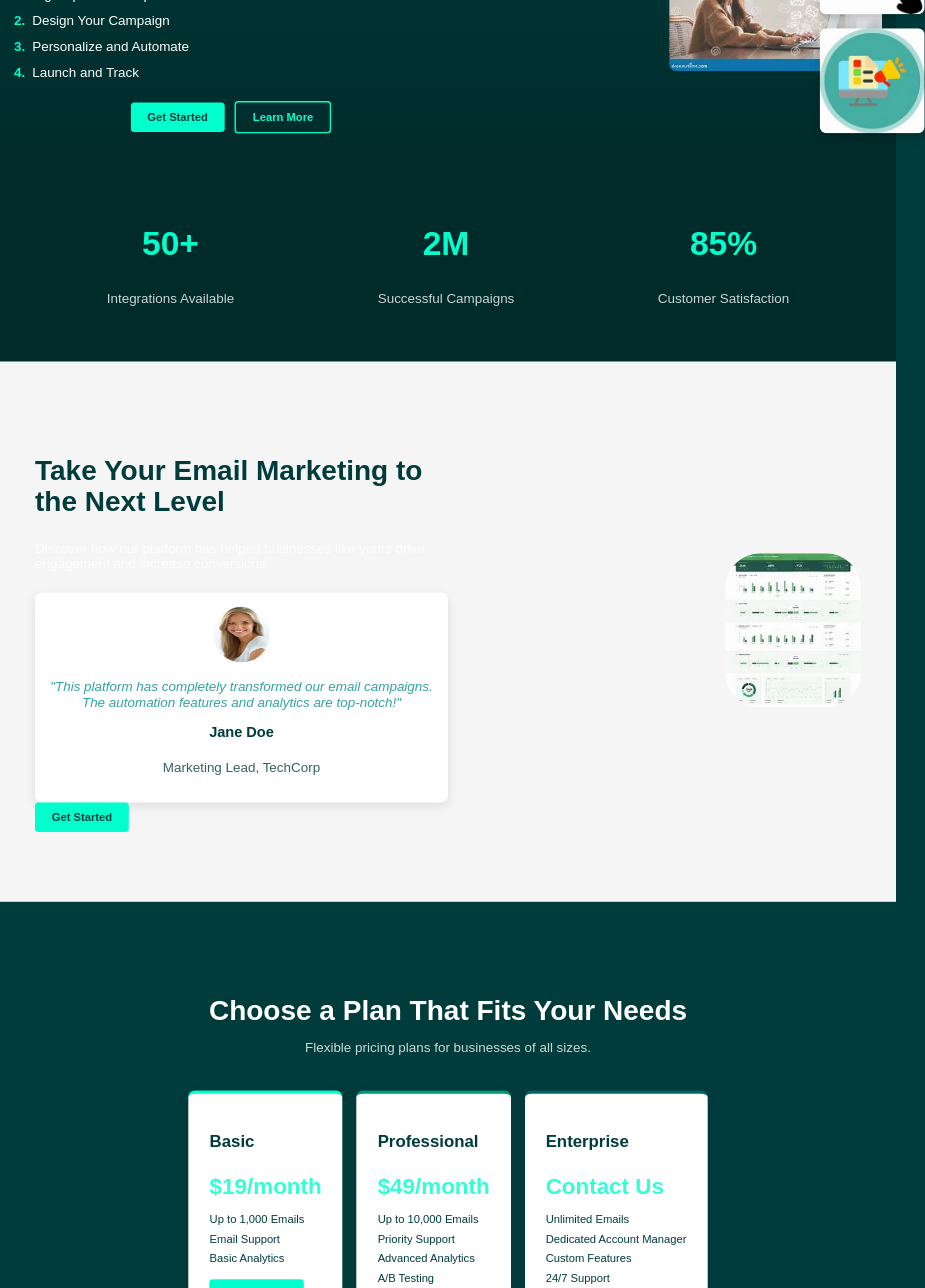
Repository: Patience225/email-marketing
Page: index.html
The author's editor kept a copy of each file at every save. The page is drawn from the files as they stood at one save, then again after the next save.
The browser window is 1280 px wide. The page is 1321 px wide, so the pictures cover 1321 px, including what lies to the right of the window. The pictures show the part of the page from y = 1828 to 3668 px (the page is 4442 px tall), at 70% of full size.

Above is the page before, as saved 2025-01-29 17:40:18.
Console error: TypeError: Cannot read properties of null (reading 'addEventListener')

After the next save:
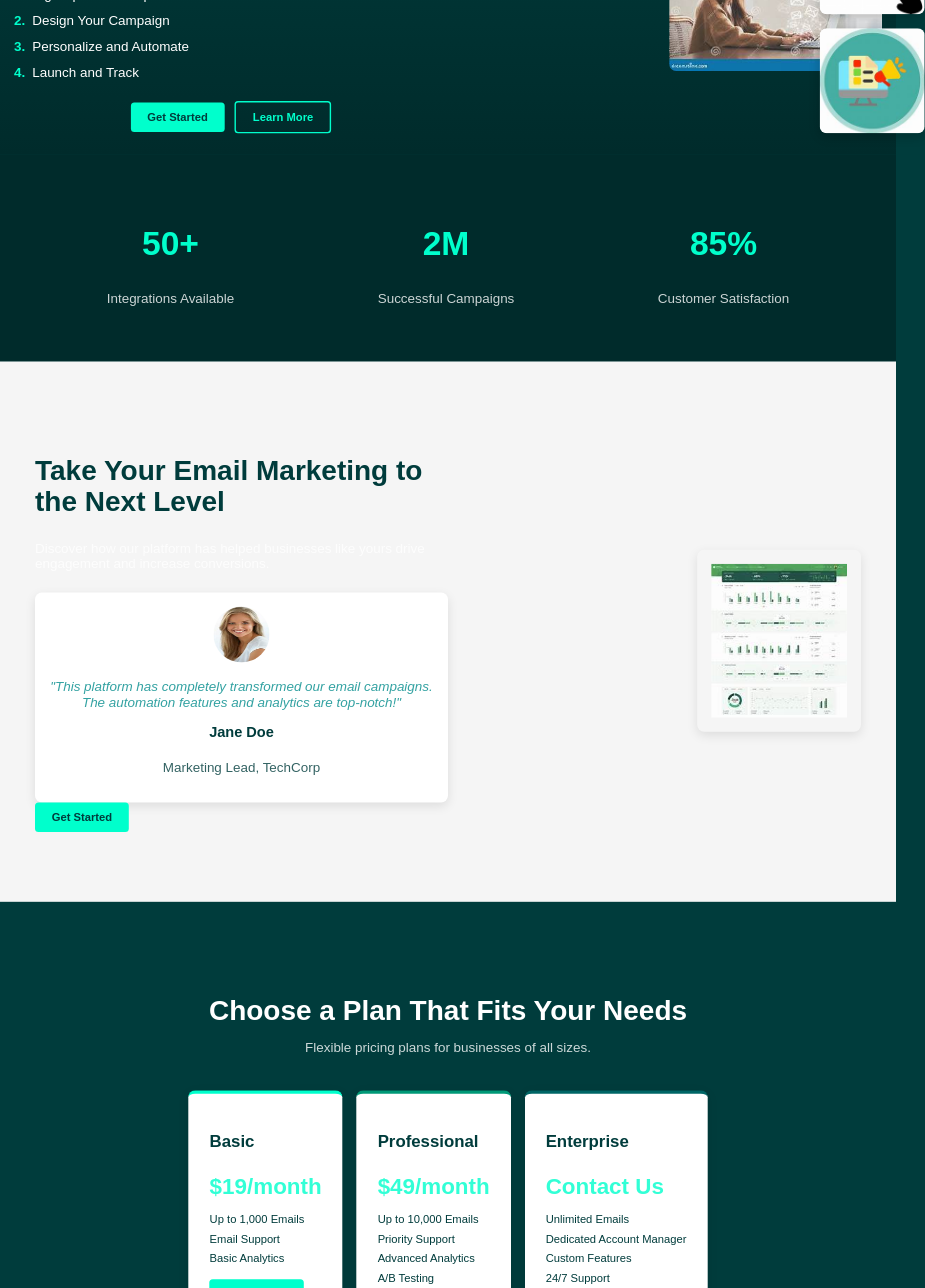
Saved 95 s later.
--- a/styles.css
+++ b/styles.css
@@ -512,7 +512,10 @@ body {
 
 .testimonial-image img {
   max-width: 100%;
-  border-radius: 50px;
+  padding: 20px;
+  margin-top: 30px;
+  border-radius: 10px;
+  box-shadow: 0px 5px 15px rgba(0, 0, 0, 0.1);
 }
 
 /* Mobile Responsive */
